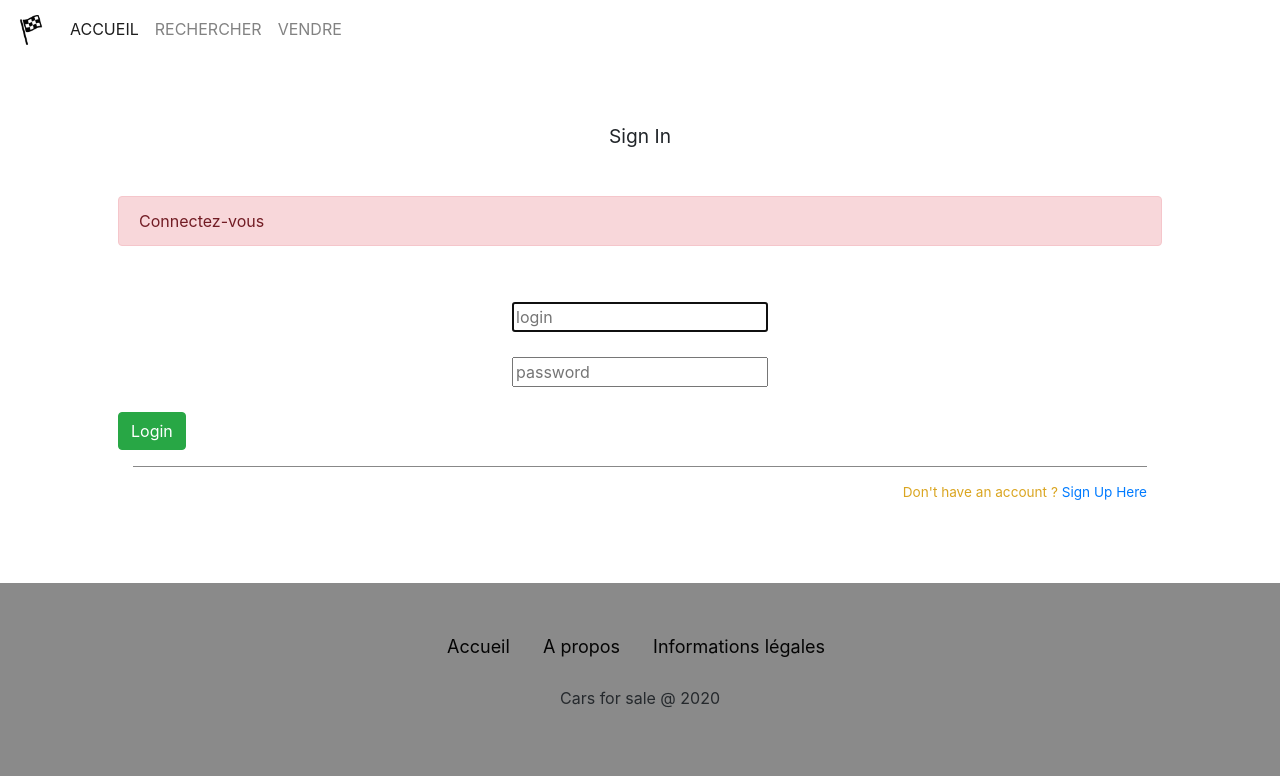
Repository: JonasvanHoorebeke/node_project_carforsale_final
Page: http://localhost/login/now
An editor plug-in stored every save of this project. The page is shown before and after the next save, followed by the edit.
The browser window is 1280 px wide. The pictures show the whole page.
The page is served by the project's Node server (server.js). Other server files are loaded and not shown.

Above is the page before, as saved 2020-08-26 20:58:29.

### views/index.ejs

<%- include('header.ejs') %>
<body>
        <div class="container p-5">
            <div class="panel panel-info" >
                    <div class="panel-heading">
                        <div class="introsignup">Sign In</div>
                    </div>
                    <div style="padding-top:30px">
                        <% if (message.length > 0) { %>
                            <div class="alert alert-danger col-sm-12"><%= message %></div>
                <% } %>
                        <form id="loginform" role="form" method="post" action="/login"></br>
                            <div class="infologin">
                                        <input type="text"  name="login" value="" placeholder="login" aria-label="pseudo" autofocus>
                                    </div>
                            <div class="infologin">
                                        <input type="password"  name="password" placeholder="password" aria-label="mot de passe">
                                    </div>
                            <div class="infologin">
                                    </div>
                                <div style="margin-top:10px" class="form-group">
                                    <!--bouton-->
                                    <div class="login">
                                      <button id="login" type="submit" class="btn btn-success">Login  </button>
                                    </div>
                                </div>
                                <div class="form-group">
                                    <div class="col-md-12 control">
                                        <div class="pascompte" > Don't have an account ? <a href="/signup">Sign Up Here</a>
                                        </div>
                                    </div>
                                </div>
                            </form>
                        </div>
                    </div>
        </div>
    </div>
    <%- include('footer.ejs') %>

### views/header.ejs
<!DOCTYPE html>
<html lang="fr">

<head>
  <title>Cars for sale - Véhicules d'occasion</title>
  <meta charset="utf-8">
  <meta name="viewport" content="width=device-width, initial-scale=1.0">
  <link href="/css/style.css" rel="stylesheet" type="text/css">
  <link rel="stylesheet" href="https://maxcdn.bootstrapcdn.com/bootstrap/4.3.1/css/bootstrap.min.css">
  <script type="text/javascript" src="../scripts/scriptindex.js"></script>
  <script src="https://ajax.googleapis.com/ajax/libs/jquery/3.4.1/jquery.min.js"></script>
  <script src="https://maxcdn.bootstrapcdn.com/bootstrap/4.3.1/js/bootstrap.min.js"></script>
  <link rel="stylesheet" href="https://stackpath.bootstrapcdn.com/bootstrap/4.4.1/css/bootstrap.min.css" integrity="sha384-Vkoo8x4CGsO3+Hhxv8T/Q5PaXtkKtu6ug5TOeNV6gBiFeWPGFN9MuhOf23Q9Ifjh" crossorigin="anonymous">
    <!-- Plugin JS, jQuery Bootstrap -->
    <script src="https://code.jquery.com/jquery-3.5.1.slim.min.js" integrity="sha384-DfXdz2htPH0lsSSs5nCTpuj/zy4C+OGpamoFVy38MVBnE+IbbVYUew+OrCXaRkfj" crossorigin="anonymous"></script>
    <script src="https://cdn.jsdelivr.net/npm/popper.js@1.16.0/dist/umd/popper.min.js" integrity="sha384-Q6E9RHvbIyZFJoft+2mJbHaEWldlvI9IOYy5n3zV9zzTtmI3UksdQRVvoxMfooAo" crossorigin="anonymous"></script>
    <script src="https://stackpath.bootstrapcdn.com/bootstrap/4.5.0/js/bootstrap.min.js" integrity="sha384-OgVRvuATP1z7JjHLkuOU7Xw704+h835Lr+6QL9UvYjZE3Ipu6Tp75j7Bh/kR0JKI" crossorigin="anonymous"></script>

</head>
<body>
    <nav class="navbar navbar-expand-sm navbar-light bg-grey">
        <a class="navbar-brand" href="/">
          <img src="../css/cars-for-sale-logo.png" width="30" height="30" alt="Logo de Cars for sale">
        </a>
        <button class="navbar-toggler" type="button" data-toggle="collapse" data-target="#navbarNav" aria-controls="navbarNav" aria-expanded="false" aria-label="Toggle navigation">
          <span class="navbar-toggler-icon"></span>
        </button>
        <div class="collapse navbar-collapse" id="navbarNav">
          <ul class="navbar-nav">
            <li class="nav-item active">
              <a class="nav-link" href="/">ACCUEIL</a>
            </li>
            <li class="nav-item">
              <a class="nav-link" href="/">RECHERCHER</a>
            </li>
            <li class="nav-item">
              <a class="nav-link" href="/annonce/add">VENDRE</a>
            </li>
          </ul>
        </div>
      </nav>

### views/footer.ejs
<!DOCTYPE html>
<html lang="fr">
<head>
  <title></title>
  <meta charset="utf-8">
  <meta name="viewport" content="width=device-width, initial-scale=1.0">
  <link rel="stylesheet" href="https://stackpath.bootstrapcdn.com/bootstrap/4.4.1/css/bootstrap.min.css" integrity="sha384-Vkoo8x4CGsO3+Hhxv8T/Q5PaXtkKtu6ug5TOeNV6gBiFeWPGFN9MuhOf23Q9Ifjh" crossorigin="anonymous">
  <link href="/css/style.css" rel="stylesheet" type="text/css">
  <link rel="stylesheet" href="https://maxcdn.bootstrapcdn.com/bootstrap/4.3.1/css/bootstrap.min.css">
</head>
<div id="page">
  <div class="footerr">
      <footer>
          <ul class="boutonfooter">
              <li class="bouton"><a href="/">Accueil</a></li>
              <li class="bouton"><a href="#">A propos</a></li>
              <li class="bouton"><a href="/infoleg">Informations légales</a></li>
          </ul>
      </br>
          <p class="copyright">Cars for sale @ 2020</p>
      </footer>
  </div>
</div>
</body>
</html>

### server.js
const path = require('path');
const express = require('express');
const ejs = require('ejs');
const bodyParser = require('body-parser');
const mysql = require('mysql');
const app = express();
const http = require('http');
const mysqlConnection = require("./connection.js");
var router = express.Router();
var session = require('express-session');
var cookieParser = require('cookie-parser');



//set views file
app.set('views',path.join(__dirname,'views'));

//set view engine
app.set('view engine', 'ejs');
app.use(bodyParser.json());
app.use(bodyParser.urlencoded({ extended: false }));
app.use(cookieParser());
app.use(session({
  secret: 'secret',
  resave: false,
  saveUninitialized: true
}))
app.use(express.static(__dirname + '/public')) //pour utiliser le css en local (fichiers statiques)



//app.use('/', routesUsers);
let routesUsers = require("./routes/routesAnnonces");
app.use('/', routesUsers);
// Server Listening
app.listen(3000, () => {
    console.log('I am feeling great on port 3000');
});

### controllers/usersControllers.js
const mysqlConnection = require("../connection.js");
var User = require('../models/userCompte.js');

// POUR SE CONNECTER AU SITE WEB PAR SESSION
exports.login = function(req, res){
   var message = '';
   var sess = req.session;
   let data = {login: req.body.login, password: req.body.password};
   var login = req.body.login;
   var password = req.body.password;
   let sql="SELECT iduser, login, telephone, password FROM `users` WHERE `login`='"+login+"' and password = '"+password+"'";
   let query = mysqlConnection.query(sql, data,(err, results)=>{
          if(results.length){
             req.session.id = results[0].iduser;
             req.session.role = results[0].role;
             req.session.users = results[0];
             console.log(results[0].iduser);
             res.redirect('/');
             message = 'Login réussi !';
          }
          else{
             message = 'Mauvaises informations.';
             res.render('index.ejs',{message: message});
          };
      });
};

//POUR SE DIRIGER VERS LA PAGE DE LOGIN
exports.loginNow = function(req, res){
   res.render('index.ejs', {
      message : "Connectez-vous"
   });
};

// POUR S'INSCRIRE SUR LE SITE WEB
exports.signup = function (req, res) {
   let user = new User(req.body.iduser, req.body.login, req.body.telephone, req.body.password);
   console.log(user);
   mysqlConnection.query("INSERT INTO users SET?",
       user, function (err, results) {
           if (err) {
               res.status(400).send(error);
           } else {
               res.status(200).redirect('/');
           }
       });
   };
// POUR AFFICHER LA PAGE D'INSCRIPTION
exports.signupNow = function(req, res){
   res.render('regist.ejs', {
      message : "Inscrivez-vous"
   });
};

// POUR SE DECONNECTER DU SITE WEB
exports.logout = function(req,res){
   req.session.destroy(function(err){
       if(err){
           console.log(err);
       }
       else
       {
           res.redirect('/');
       }
   });
 };
// POUR AFFICHER LES INFORMATIONS DE SON PROFIL ET LES MODIFIER
exports.profilUpdate = function (req, res) {
   const id = req.params.id;
   let sql = `Select * from users where iduser = ${id}`;
   let query = mysqlConnection.query(sql,(err, result)=>{
       if(err) throw err;
       res.render('profilupdate.ejs',{
           title : 'Modifiez vos informations personnelles',
           users : result[0]
       });
   });
};

// POUR UPDATE LES INFORMATIONS DU PROFIL
exports.updateProfil = function (req, res) {
   let user = new User(req.body.iduser, req.body.login, req.body.telephone, req.body.password);
   console.log(user);
   mysqlConnection.query("update users SET login='"+req.body.login+"', telephone='"+req.body.telephone+"', password='"+req.body.password+"' where iduser ="+req.body.iduser,
       [user, req.body.iduser], function (err, results) {
           if (err) {
               console.log(error);
               res.status(400).send(error);
           } else {
               res.status(202).redirect('/profil');
           }
       })
};

//POUR AFFICHER LE PROFIL
exports.profil = function(req, res, next){
	var users =  req.session.users,
	iduser = req.session.iduser;

	if(iduser == null){
		res.redirect("/login/now");
		return;
	}

	 let sql="SELECT * FROM users WHERE `iduser`='"+id+"'";

	   mysqlConnection.query(sql, function(err, results){

		   console.log(results);

		   res.render('profile.ejs', {users:users});

		});
};

### connection.js
const mysql = require("mysql");

var mysqlConnection = mysql.createConnection({
    host : "localhost",
    user : "root",
    password : "root",
    database : "db_carforsale",
    multipleStatements : true
});

mysqlConnection.connect((err)=>{
    if(!err)
        {
            console.log("Database connected <3");
        }
    else
        {
            console.log("Something went wrong with the database :( ");
        }
})

module.exports = mysqlConnection;

### public/css/style.css
body
{
    background-color: grey;
}


/* Gérer la couleur des liens/boutons */

nav a:link {
    text-decoration : none;
}

nav a:hover {
    color : rgb(0, 0, 0);
}

nav a:active {
    text-decoration: none;
}

nav a:visited{
    text-decoration : none;
}

.boutonfooter {
        padding-left: 0px;
        list-style: none;
      }

.footerr {
        padding: 50px 0;
        background-color: #888;
        text-align: center;
        opacity: 98%;
        left : 0;
        bottom : 0;
        width: 100%;
      }

.footerr ul {
        padding: 0;
        list-style: none;
        text-align: center;
        font-size: 18px;
        line-height: 1.6;
        margin-bottom: 0;
      }

.footerr li {
        padding: 0 10px;
      }

ul {
        margin-top: 0;
        margin-bottom: 1rem;
      }

.bouton {
    margin-right: .5rem;
    display: inline-block;
}

.intro {
    text-align: center;
    background-color: #b0b0b0;
    font-size: 20px;
    opacity: 80%;
    border-radius: 5px 5px 5px 5px;
    width: 75%;
    height: 10%;
    display: block;
    margin-left: auto;
    margin-right: auto;
    border-radius: 5px 5px 5px 5px;
    box-shadow: 12px 15px 20px 0px rgba(46,61,73,0.15);
}

nav {
    background-attachment: fixed;
    background-size: cover;
    opacity: 98%;
}


nav a { /*gère le logo skinfarmerz*/
    color: #d3d3d3;
}

.boutonheader {
    list-style: none;
    display : inline;
}

ul.boutonheader {
    list-style: none;
    display : inline-flex;
}


.container {
    width: 100%;
    padding-right: 15px;
    padding-left: 15px;
    margin-right: auto;
    margin-left: auto;
}
.skinfarmers {
    display: inline-block;
    padding-top: .3125rem;
    padding-bottom: .3125rem;
    margin-right: 1rem;
    font-size: 1.25rem;
    line-height: inherit;
    white-space: nowrap;
}

.navbouton {
    display: block;
    padding: .5rem 1rem;
    color: goldenrod;
}

.navboutonergo {
    display: block;
    padding: .5rem 1rem;
    color: goldenrod;
}

ul.boutonfooter a {
    color: rgb(0, 0, 0)!important;
}

form {
    margin-top: 2em;

}


#Lesskins {
    border-radius: 10px;
    margin-bottom: 200px;
    min-height: 400px;
}

.titreadd {
    color: #282536;
}

.titreproduit {
    text-align: center;
    color: #282536;
    background-color: #241e2d;
}

.cartt {
    text-align: center;
    background-color: #282536;
}

.introcart {
    text-align: center;
    background-color: #282536;
    color: #c1c1c1;
}

.itemm {
    display: block;
    color: #c1c1c1;
    padding-top: 1rem;
}

.nomskin {
    color: goldenrod;
}


.textintroregister {
    text-transform: uppercase;
    text-align: center;
    margin-bottom: 5rem;
}

.infos {
    display: block;
}

.listtt {
    display: block;
    text-align: center;
}

#loginbox {
    text-align: center;
}

.introsignup {
    font-size: larger;
    border-top: black solid;
    border-bottom: black solid;
    text-align: center;
    padding-top: 1rem;
    padding-bottom: 1rem;
    border: 2rem;
}

#infoleg {
    font-size: smaller;
}

.pascompte {
    border-top: 1px solid#888;
    color: goldenrod;
    padding-top:15px;
    font-size:85%;
    padding-bottom: 1rem;
    text-align: right;
}

.infologin {
    margin-bottom: 25px;
    text-align: center;
}

.infosignup {
    margin-bottom: 25px;
    width: 35%;
}

.infosignupdescription {
    margin-bottom: 25px;
    width: 50%;
}

.nomdescases {
    padding-left: 1rem;
}

.cases {
    display: block;
    width: 100%;
    background-color: #fff;
    border: 1px solid #ced4da;
    border-radius: .25rem;
}

.navigation1 {
    padding: .5rem 1rem;
    flex-flow: row nowrap;
    justify-content: flex-start;
}

input.cases {
    text-align: center;
}

.imgskin {
    max-width : 350px;
}

.imageskin {
    display: flex;
	justify-content: center;
	align-items: center;
}

.espacement {
	margin-right: 20px;
}

.prixjeu {
    background-color: #8296c7;
    opacity: 90%;

}

.introitempage {
        font-size: larger;
        background-color: #282536;
        opacity: 80%;
        border-top: black solid;
        border-bottom: black solid;
        color: rgb(255, 255, 255);
        text-align: center;
        padding-top: 1rem;
        padding-bottom: 1rem;
        border: 2rem;
}

.cards-annonces {
        margin: 20px;

}

.col-sm {
        text-align: center;
        color: #000;
        font-size: 14px;
}

.col-sm-7{
    border-radius: 5px 5px 5px 5px;
    box-shadow: 12px 15px 20px 0px rgba(46,61,73,0.15);
}

.bouttons-annonces {
        text-align: center;

}

.card-prix{
    padding-left: 10px ;

}
/*.navbari {
    flex-flow: row nowrap;
    justify-content: flex-start;
    position: relative;
    display: flex;
    align-items: center;
    padding: .5rem 1rem;
}

*, ::after, ::before {
    box-sizing: border-box;
}

### scripts/scriptindex.js
function Recherche() {

    var input, filter, table, tr, td, i, txtValue;
    input = document.getElementById("Larecherche");
    filter = input.value.toUpperCase();
    table = document.getElementById("Lesskins");
    tr = table.getElementsByTagName("tr");

    // Boucle qui passe toute les lignes de la liste et qui cachent ceux qui correspondent pas à la recherche
    for (i = 0; i < tr.length; i++) {
      td = tr[i].getElementsByTagName("td")[0];
      if (td) {
        txtValue = td.textContent || td.innerText;
        if (txtValue.toUpperCase().indexOf(filter) > -1) {
          tr[i].style.display = "";
        } else {
          tr[i].style.display = "none";
        }
      }
    }
  }

After the next save:
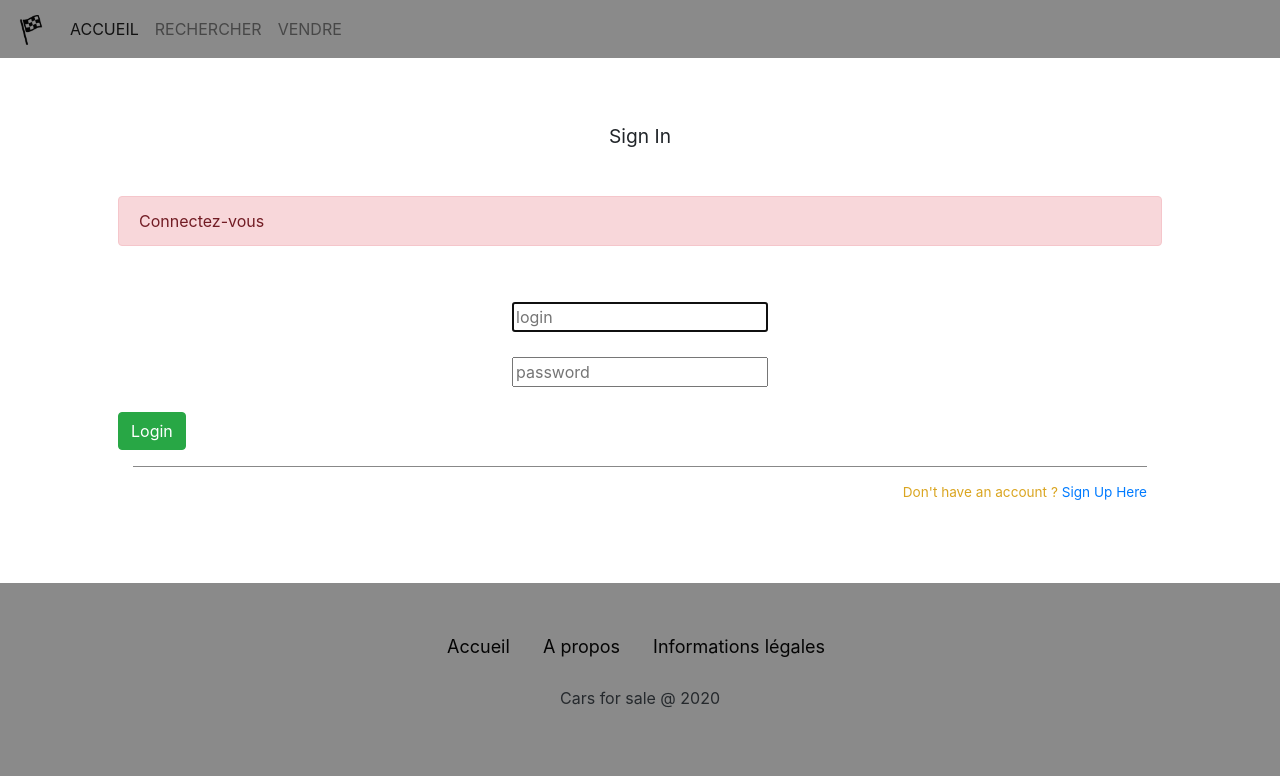
Saved 78 s later.
--- a/public/css/style.css
+++ b/public/css/style.css
@@ -20,6 +20,9 @@ nav a:active {
 
 nav a:visited{
     text-decoration : none;
+}
+nav {
+    background-color: #888;
 }
 
 .boutonfooter {
